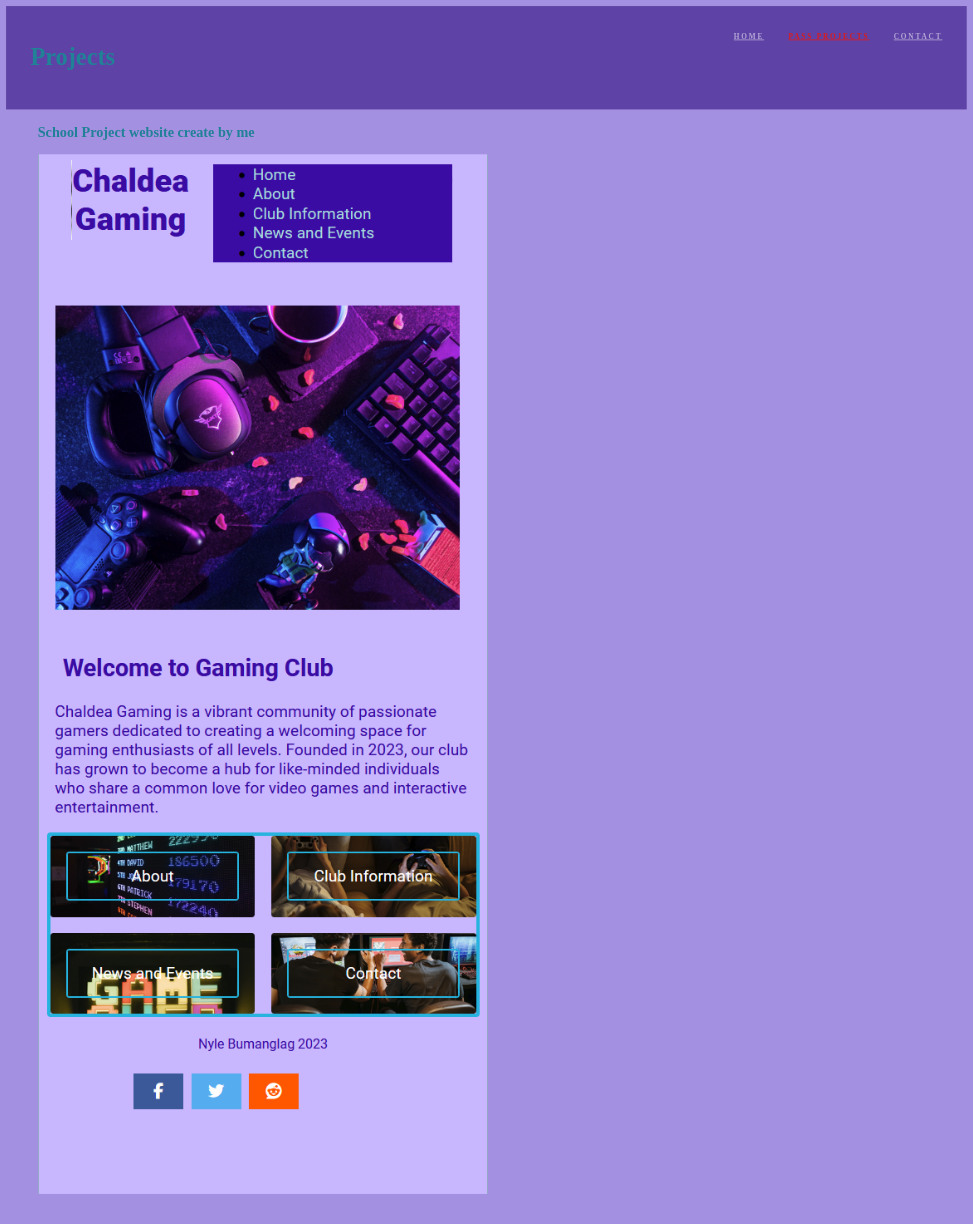
Repository: NyleNC/main
Page: projects.html
The author's editor kept a copy of each file at every save. The page is drawn from the files as they stood at one save, then again after the next save.
The browser window is 1280 px wide. The pictures show the whole page, at 76% of full size.

Above is the page before, as saved 2024-11-07 00:39:26.

After the next save:
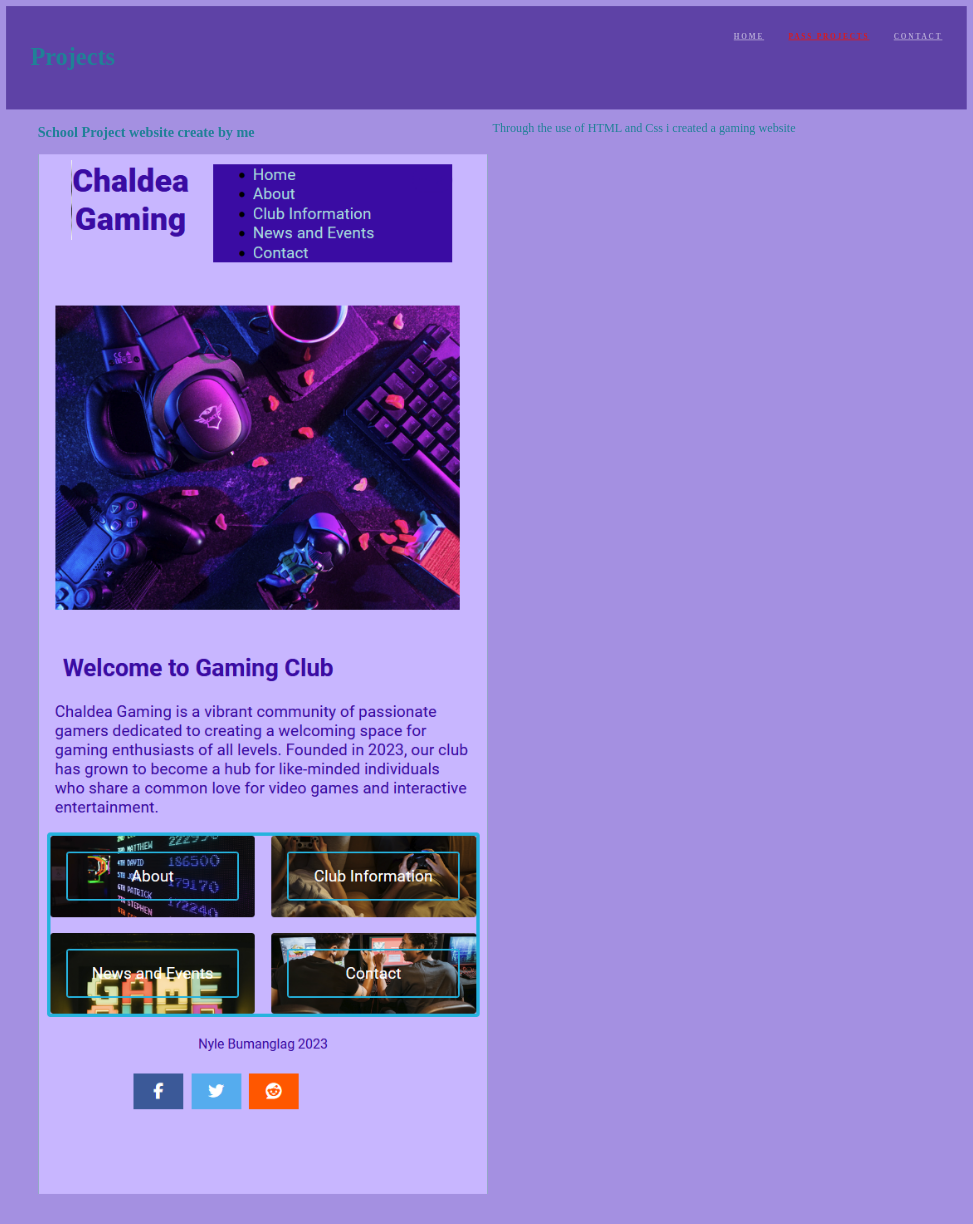
Saved 37 s later.
--- a/projects.html
+++ b/projects.html
@@ -22,6 +22,7 @@
             <h3>School Project website create by me </h3>
             <img src="Images/website.png" alt="website"class="image-fit" >
         </div>
+        <p>Through the use of HTML and Css i created a gaming website </p>
         </div>
 
 
